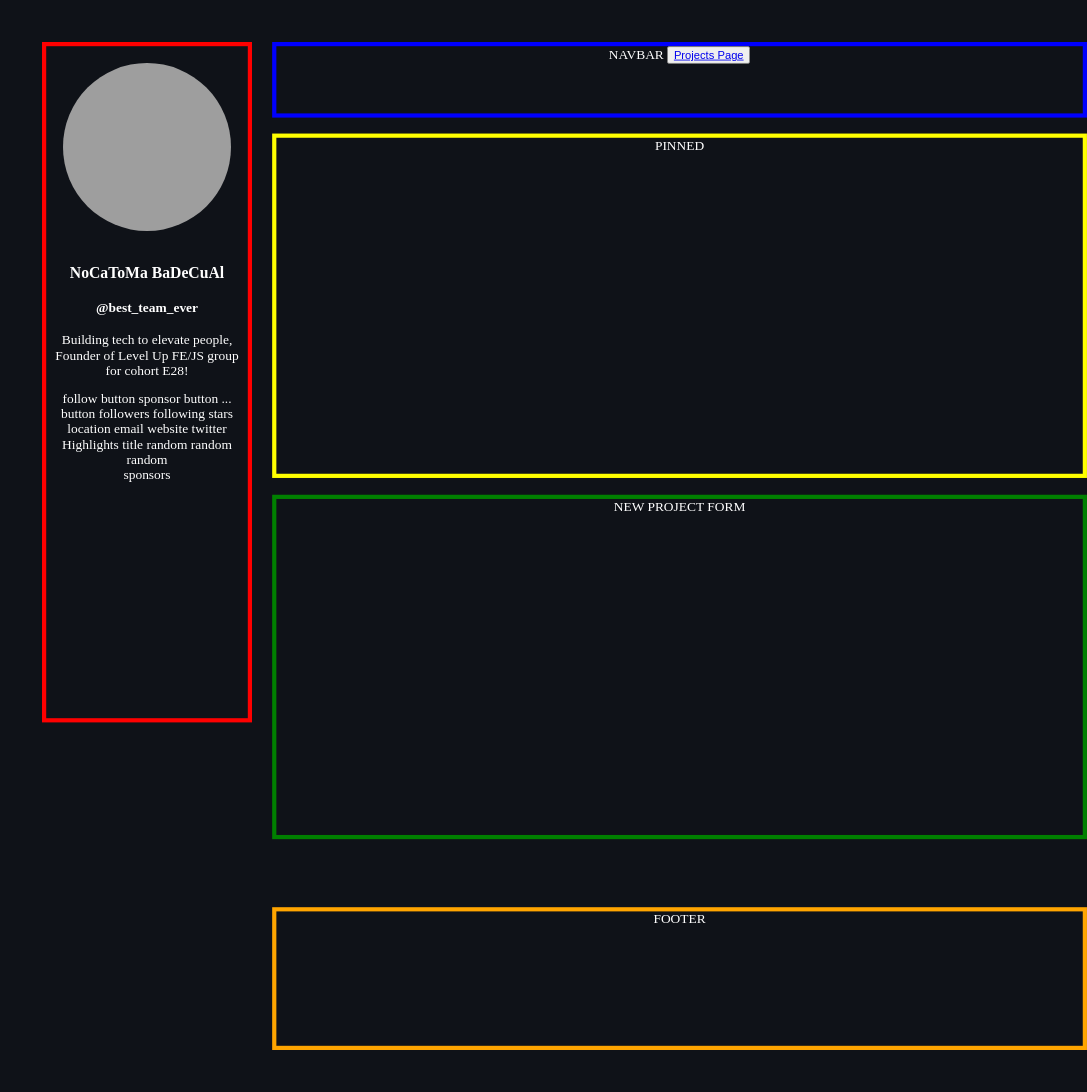
Repository: nss-evening-cohort-28/nss-evening-cohort-28-classroom-gitsub-Q1-project-gitsub
Page: index.html
An editor plug-in stored every save of this project. The page is shown before and after the next save, followed by the edit.
The browser window is 1280 px wide. The page is 1294 px wide, so the pictures cover 1294 px, including what lies to the right of the window. The pictures show the whole page, at 84% of full size.
Pictures or frames that could not be fetched are drawn as grey boxes.

Above is the page before, as saved 2024-08-07 19:41:46.

After the next save:
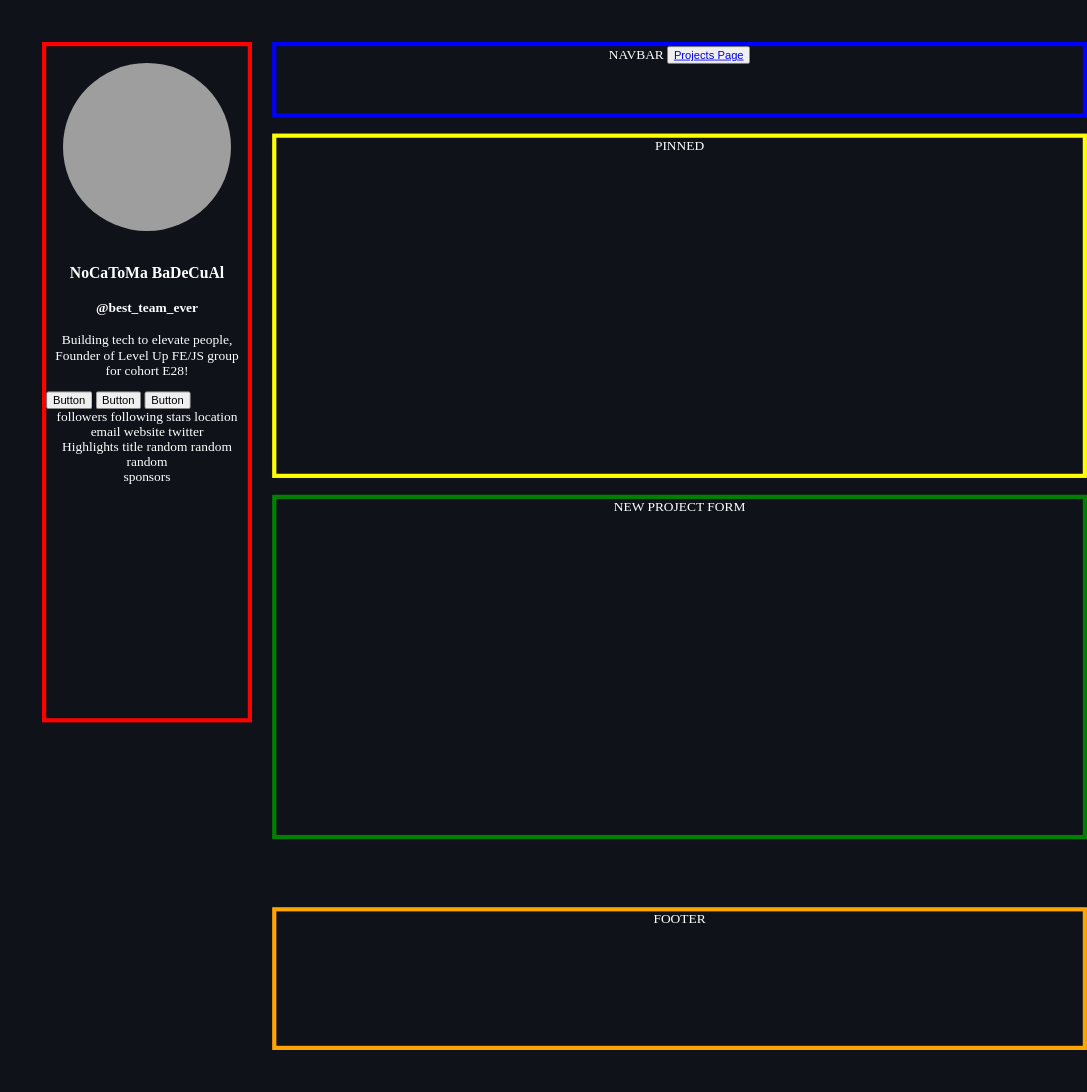
Saved 17 min 6 s later.
--- a/index.html
+++ b/index.html
@@ -16,7 +16,13 @@
             <h4>@best_team_ever</h4>
             <p>Building tech to elevate people, Founder of Level Up FE/JS group for cohort E28!</p>
             </div>
-            follow button sponsor button ... button
+            <div class="profile-section-buttons">
+              <div class="d-grid gap-2 d-md-block">
+                <button class="btn btn-primary" type="button">Button</button>
+                <button class="btn btn-primary" type="button">Button</button>
+                <button class="btn btn-primary" type="button">Button</button>
+              </div>
+            </div>
             followers following stars
             location
             email
